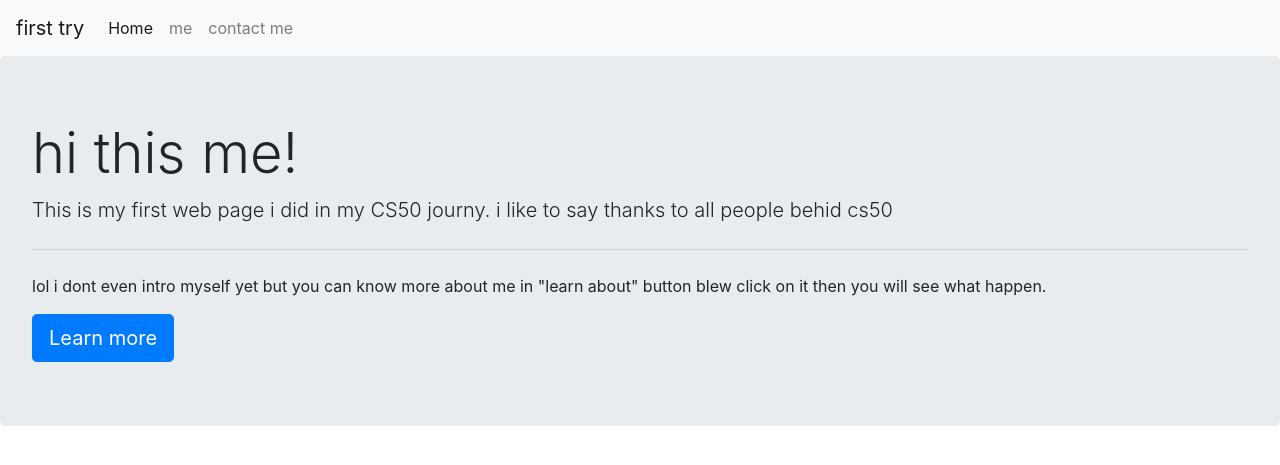
Repository: goodwiins/cs50_2019
Page: pset5/homepage/index.html
The author's editor kept a record of every edit. The page is drawn from the files as they stood at one moment, then again after the next edit.
The browser window is 1280 px wide. The pictures show the whole page.

Above is the page before.

### pset5/homepage/index.html
<!DOCTYPE html>

<html lang="en">
    <head>
        <link href="https://stackpath.bootstrapcdn.com/bootstrap/4.1.3/css/bootstrap.min.css" rel="stylesheet">
        <link href="styles.css" rel="stylesheet">
        <title>My Webpage</title>
    </head>
    <body>
        <nav class="navbar navbar-expand-lg navbar-light bg-light">
          <a class="navbar-brand" href="#">first try</a>
          <button class="navbar-toggler" type="button" data-toggle="collapse" data-target="#navbarNav" aria-controls="navbarNav" aria-expanded="false" aria-label="Toggle navigation">
    <span class="navbar-toggler-icon"></span>
  </button>
  <div class="collapse navbar-collapse" id="navbarNav">
    <ul class="navbar-nav">
      <li class="nav-item active">
        <a class="nav-link" href="#">Home <span class="sr-only">(current)</span></a>
      </li>
      <li class="nav-item">
        <a class="nav-link" href="#">me</a>
      </li>
      <li class="nav-item">
        <a class="nav-link" href="#">contact me</a>
      </li>
    </ul>
  </div>
</nav>
<div class="jumbotron">
  <h1 class="display-4">hi this me!</h1>
  <p class="lead">This is my first web page i did in my CS50 journy. i like to say thanks to all people behid cs50</p>
  <hr class="my-4">
  <p>lol i dont even intro myself yet but you can know more about me in "learn about" button blew click on it then you will see what happen.</p>
  <a class="btn btn-primary btn-lg" href="#" role="button">Learn more</a>
</div>
    </body>
</html>

### pset5/homepage/styles.css
.card-body {
    color: blue;
    font-weight: bold;
    margin-top: 100px;
}

After the next edit:
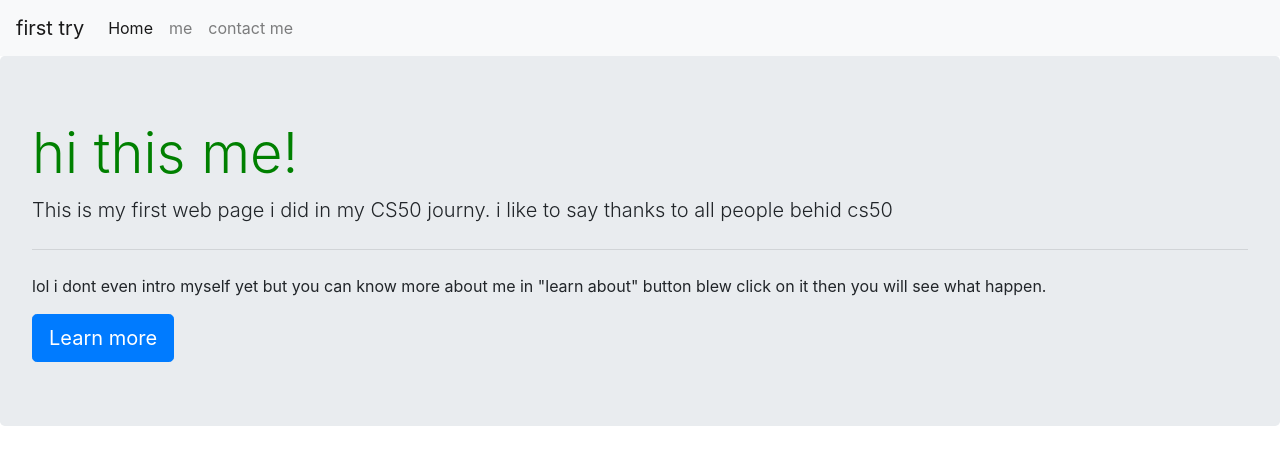
The edit:
--- a/pset5/homepage/styles.css
+++ b/pset5/homepage/styles.css
@@ -3,3 +3,7 @@
     font-weight: bold;
     margin-top: 100px;
 }
+h1 {
+  color: green;
+  font-size: medium;
+}
